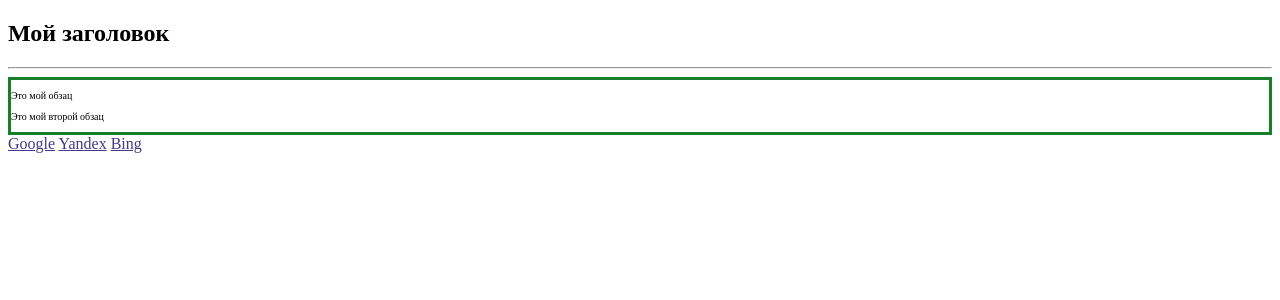
Repository: urserg/html_basic
Page: index.html
The author's editor kept a copy of each file at every save. The page is drawn from the files as they stood at one save, then again after a run of saves.
The browser window is 1280 px wide. The pictures show the whole page.

Above is the page before, as saved 2021-03-18 22:28:24.

### index.html
<!DOCTYPE html>
<html lang="en">

<head>
    <meta charset="UTF-8">
    <meta http-equiv="X-UA-Compatible" content="IE=edge">
    <meta name="viewport" content="width=device-width, initial-scale=1.0">
    <title>Document2</title>

</head>
<link rel="stylesheet" href="style.css">

<body>
   <h2> Мой заголовок</h2>
    <hr>

    <div style="border-width: 3px; border-style: solid; border-color: rgb(23, 127, 41);">
        <p> Это мой обзац</p>
        <p> Это мой второй обзац</p>
    </div>


    <a href="https://google.com">Google</a>
    <a href="https://yandex.ru">Yandex</a>
    <a href="https://bing.ru">Bing</a>


    <style>

    </style>
</body>

</html>

### style.css
a {
    color: #45398b;
}

p {
    font-size: 10px;
}

After the next 4 saves:
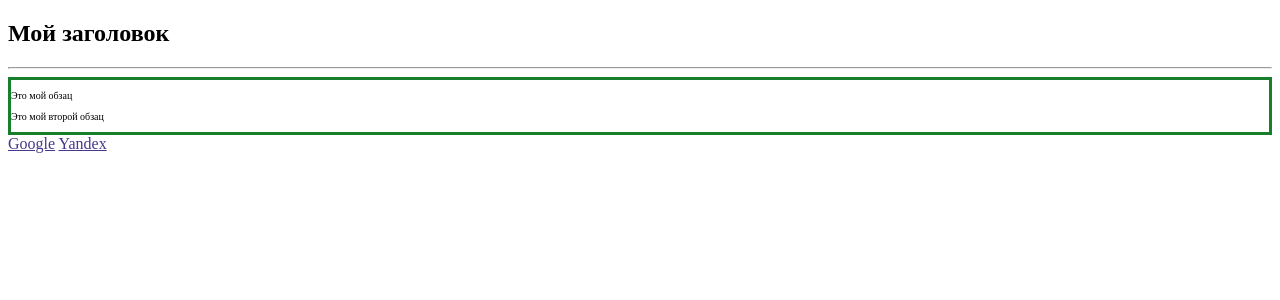
The 4 saves are shown as one change because they came seconds apart.
The last was saved 71 s later.
--- a/index.html
+++ b/index.html
@@ -22,8 +22,6 @@
 
     <a href="https://google.com">Google</a>
     <a href="https://yandex.ru">Yandex</a>
-    <a href="https://bing.ru">Bing</a>
-
 
     <style>
 

After the 4 saves that followed:
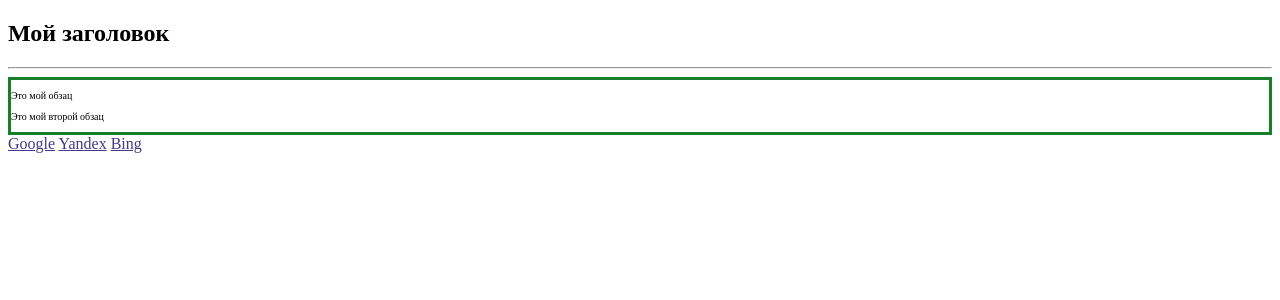
The 4 saves are shown as one change because 1 left the picture as it was and some came seconds apart.
The last was saved 2 min 51 s later.
--- a/index.html
+++ b/index.html
@@ -22,6 +22,7 @@
 
     <a href="https://google.com">Google</a>
     <a href="https://yandex.ru">Yandex</a>
+    <a href="https://yandex.ru">Bing</a>
 
     <style>
 
